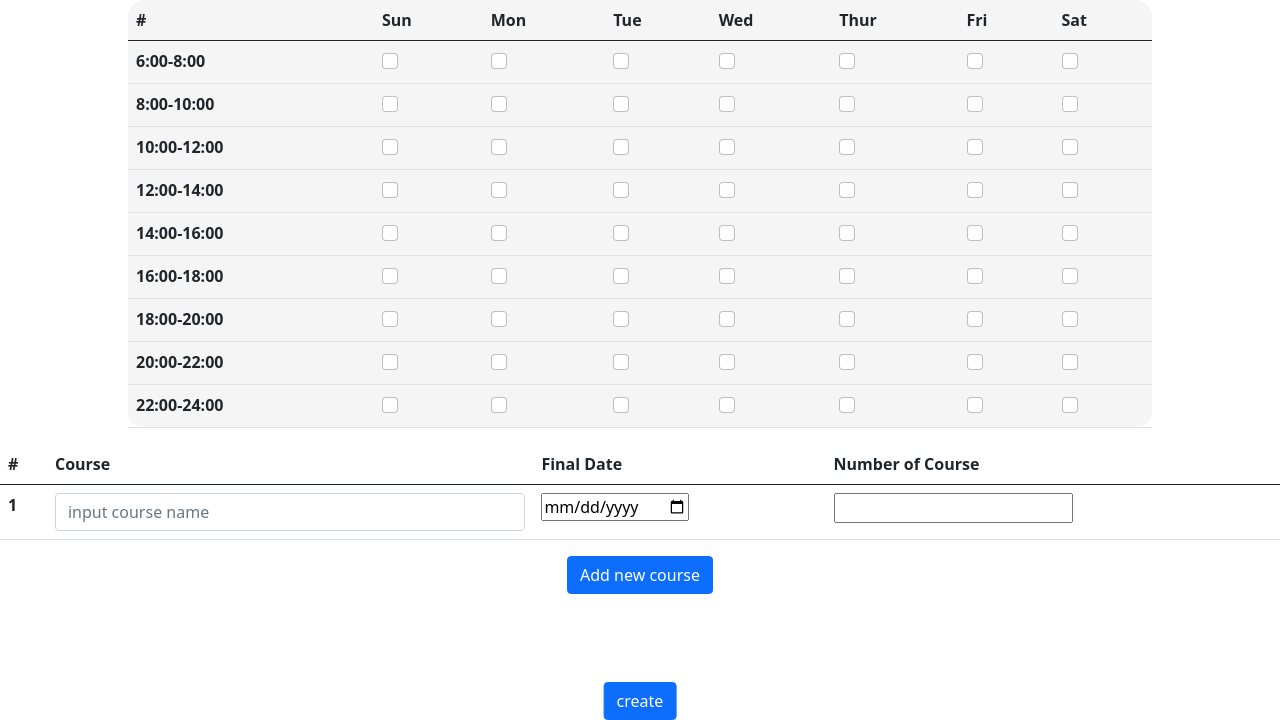
Repository: xich4932/fuxiguanli
Page: index_main.html
An editor plug-in stored every save of this project. The page is shown before and after the next save, followed by the edit.
The browser window is 1280 px wide. The pictures show the whole page.

Above is the page before, as saved 2021-06-21 19:54:26.

### index_main.html
<!doctype html>
<html lang="en">
  <head>
    <!-- Required meta tags -->
    <meta charset="utf-8">
    <meta name="viewport" content="width=device-width, initial-scale=1">

    <!-- Bootstrap CSS -->
    <link href="https://cdn.jsdelivr.net/npm/bootstrap@5.0.1/dist/css/bootstrap.min.css" rel="stylesheet" integrity="sha384-+0n0xVW2eSR5OomGNYDnhzAbDsOXxcvSN1TPprVMTNDbiYZCxYbOOl7+AMvyTG2x" crossorigin="anonymous">
    <script src="https://cdnjs.cloudflare.com/ajax/libs/jquery/3.6.0/jquery.min.js" integrity="sha512-894YE6QWD5I59HgZOGReFYm4dnWc1Qt5NtvYSaNcOP+u1T9qYdvdihz0PPSiiqn/+/3e7Jo4EaG7TubfWGUrMQ==" crossorigin="anonymous" referrerpolicy="no-referrer"></script>

    <link rel="stylesheet" href="style.css">
    <title>Hello, world!</title>
  </head>
  <body onload="">

    <!-- Optional JavaScript; choose one of the two! -->

    <!-- Option 1: Bootstrap Bundle with Popper -->
    <script src="https://cdn.jsdelivr.net/npm/bootstrap@5.0.1/dist/js/bootstrap.bundle.min.js" integrity="sha384-gtEjrD/SeCtmISkJkNUaaKMoLD0//ElJ19smozuHV6z3Iehds+3Ulb9Bn9Plx0x4" crossorigin="anonymous"></script>

    <!-- Option 2: Separate Popper and Bootstrap JS -->
    <!--
    <script src="https://cdn.jsdelivr.net/npm/@popperjs/core@2.9.2/dist/umd/popper.min.js" integrity="sha384-IQsoLXl5PILFhosVNubq5LC7Qb9DXgDA9i+tQ8Zj3iwWAwPtgFTxbJ8NT4GN1R8p" crossorigin="anonymous"></script>
    <script src="https://cdn.jsdelivr.net/npm/bootstrap@5.0.1/dist/js/bootstrap.min.js" integrity="sha384-Atwg2Pkwv9vp0ygtn1JAojH0nYbwNJLPhwyoVbhoPwBhjQPR5VtM2+xf0Uwh9KtT" crossorigin="anonymous"></script>
    -->

    <div id="print_table" class="table_style">
      <table class="table" id = "this_table">
        <thead>
          <tr>
            <th scope="col">#</th>
            <th scope="col">Sun</th>
            <th scope="col">Mon</th>
            <th scope="col">Tue</th>
            <th scope="col">Wed</th>
            <th scope="col">Thur</th>
            <th scope="col">Fri</th>
            <th scope="col">Sat</th>
          </tr>
        </thead>
        <tbody id="table_body">

        </tbody>
        </table>
    </div>

    <div>
      <div id="course_table" >
        <table class="table" id = "add_course_table">
          <thead>
            <tr>
              <th scope="col">#</th>
              <th scope="col">Course</th>
              <th scope="col">Final Date</th>
              <th scope="col">Number of Course</th>
            </tr>
          </thead>
          <tbody id="course">

            <tr>
              <th scope="row">1</th>
              <td>
                <input class="form-control" type="text" placeholder="input course name" aria-label="default input example" id="course_0">
              </td>
              <td>
                <input type="date" id="final_0">
              </td>
              <td>
                <input type="number" id="num_0">
              </td>
            </tr>

          </tbody>
          </table>
    </div>
    </div>
    <!--
    <div>
      <div >
        <a class="btn btn-primary" href="class_main.html" role="button" >Next</a>
      </div>
    </div>

    <div class="position-absolute bottom-7 start-50 translate-middle-x">
      <button type="button" class="btn btn-primary" onclick="checking()">Submit</button>
    </div>
    -->
    <div class="position-absolute bottom- start-50 translate-middle-x">
      <button type="button" class="btn btn-primary" id="addbtn" onclick="add_course()">Add new course</button>

    </div>
    <div class="position-absolute bottom-0 start-50 translate-middle-x">

      <button type="button" class="btn btn-primary" id="crtbtn" onclick="create()">create</button>
      <!--
      <a class="download hide" id="downloadLink" download="event.ics">⇩ Download</a>
      -->
      <a class="btn btn-primary" style="display: none;" href="#" role="button" id="downbtn" download="event.ics" >download</a>
     </div>

     <script type="text/javascript" src="script.js" defer="true"></script>
  </body>
</html>

### style.css

.vertical-center {
    margin: 0;
    position: absolute;
    top: 50%;
    -ms-transform: translateY(-50%);
    transform: translateY(-50%);
}
/*
.float{
	position:fixed;
	width:60px;
	height:60px;
	bottom:40px;
	right:40px;
	background-color:#0C9;
	color:#FFF;
	border-radius:50px;
	text-align:center;
	box-shadow: 2px 2px 3px #999;
}
*/
.table_style{
	background-color: whitesmoke;
	width: 80%;
	height: 100%;
	margin: auto;
	border-radius: 1pc;
	border-color: teal;
}

### script.js
window.onload = function(){
    var table = document.getElementById("table_body")
    //table.innerHTML;
    str = ''
    count = 0;
    window_time = ["6:00-8:00", "8:00-10:00", "10:00-12:00", "12:00-14:00", "14:00-16:00", "16:00-18:00", "18:00-20:00", "20:00-22:00", "22:00-24:00"]
    for(r = 0; r < 9; r++){
        str += '<th scope="row">'+window_time[r]+'</th>'
        for(i = 0; i < 7; i++){
            str += '<td><div class="form-check"><input class="form-check-input" type="checkbox" value="" id="check'+count+'"><label class="form-check-label" for="window'+count+'"></label></div></td>'
            count ++
        }
        str += '</tr>'
    }
    //var arr = [1,2,3,4]
    //test.apply(this ,arr)
    //console.log(arr.join())
    table.innerHTML += str
};

var week = []
function checking(){
    for(var f = 0; f < 7; f++){
        var temp_arr = []
        for( i = f; i <63; i+=7 ){
            if(document.getElementById('check' + String(i)).checked == true){
                console.log(i)
                temp_arr.push(i)
            }
        }
        week.push(temp_arr)
    }
    console.log(week)
}

var total = 1;

function add_course(){
    add = document.getElementById("course");
    str = '<tr><th scope="row">'+ (total+1)+'</th><td><input class="form-control" type="text" placeholder="input course name" aria-label="default input example" id="course_'+total+'"></td><td><input type="date" id="final_'+total+'"></td><td><input type="number" id="num_'+total+'"></td></tr>'
    total += 1
    $('#add_course_table tr:last').after(str);
}

function printing(){
    console.log(document.getElementById('final_date1').value)
    console.log(document.getElementById('num_course1').value)
    console.log(document.getElementById('course_1').value)

}

function calLastDay(month, year){
    if(month == 1 || month == 3 || month == 5 || month == 7 || month == 8 || month == 10 | month == 12 ){
        return 31;
    }else if(month == 4 || month == 6 || month == 9 || month == 11){
        return 30;
    }else{
        if(year % 4) return 28;
        if(!(year % 4) && year % 100) return 29;
        if(year % 100 && !(year % 400)) return 28
        else return 29
    }
}


var final_arr=[]; // final date
var course_arr = []; //course name
var num_arr = [] //number of topic of final for review
var time_start = []//start day of
var time_end = []//
var exclude_final = [] // exclude from review days
var exclude_str = "" //for RRULE
var icsFile = null;
var event_str = ""
var until = []
var window_start = ""
var window_end = ""
var window_str = ""

function create() {
    for(var i = 0; i < total; i++){
        final_arr.push(document.getElementById("final_"+String(i)).value)
        num_arr.push(document.getElementById("num_"+String(i)).value)
        course_arr.push(document.getElementById("course_"+String(i)).value)
    }
   //console.log(final_arr.join())
   //console.log(course_arr.join())
   //console.log(num_arr.join())
    total *= 2;
    for(var i = 0; i < total; i+=2){
        var day_before = final_arr[i].substring(0, 8)
        var day = final_arr[i].substring(8,10) - 1
        if(parseInt(final_arr[i].substring(8,10)) == 1){
            var temp_day_before = day_before
            var day_before = final_arr[i].substring(5,7) - 1
            day = calLastDay(parseInt(final_arr[i].substring(5,7))-1 ,parseInt(final_arr[i].substring(0,4)))
            if(day_before < 10){
                day_before = temp_day_before.substring(0, 5) + '0' + String(day_before) + '-'
            }
        }else{
            if(day < 10){
                day = '0' + String(day)
            }else{
                day = final_arr[i].substring(8,10) - 1
            }
        }
        final_arr.splice(i, 0, day_before + day)
        //console.log(final_arr.join())
    }
    //total /= 2
    console.log(final_arr.join())
    //total *= 2
    final_rearrange()
    ret_window()
    review_windows()
    automator()
   createEvent()
   //makeIcsFile()
   var ready = document.getElementById("downbtn")
   ready.href = makeIcsFile()
   document.getElementById("downbtn").style.display = "block"
}
/*
function exdate_working(){
    var temp_size = total / 2
    for(var t =0; t < total; t+=2){
        var str = ""
        str = String(final_arr[t].substring(0,4)) + String(final_arr[t].substring(5,7)) + String(final_arr[t].substring(8)) + 'T' + "000000"
        time_start.push(str)
        console.log("im in func")
    }
}
 */
/*
function time_to_start(){
   // console.log(final_arr.join())
    for(var t =0; t < total; t+=2){
        var str = ""
        str = String(final_arr[t].substring(0,4)) + String(final_arr[t].substring(5,7)) + String(final_arr[t].substring(8)) + 'T' + "000000"
        time_start.push(str)
        console.log("im in func")
    }
    //console.log(time_start.join())
}

function time_to_end(){
    //console.log(final_arr.join())
    for(var t =1; t <= total; t+=2){
        var str = ""
        str = String(final_arr[t].substring(0,4)) + String(final_arr[t].substring(5,7)) + String(final_arr[t].substring(8)) + 'T' + "235959"
        time_end.push(str)
        console.log("im in fund")
    }
}
 */

/*

 */
function final_rearrange(){
    for(var t =0; t < total ; t++){
        var temp_str = String(final_arr[t].substring(0,4)) + String(final_arr[t].substring(5,7)) + String(final_arr[t].substring(8)) + 'T' + "000000"
        if(t % 2){
            final_formatted.push(temp_str)
        }
        exclude_str += temp_str
        exclude_str +=    ','
    }
    console.log(str)
    console.log(final_formatted.join())
}

function ret_window(num){
    if(num / 7 == 0){
        window_start = "060000"
        window_end = "080000"
    }else if(num / 7 == 1){
        window_start = "080000"
        window_end = "100000"
    }else if(num / 7 == 2){
        window_start = "100000"
        window_end = "120000"
    }else if(num / 7 == 3){
        window_start = "120000"
        window_end = "140000"
    }else if(num / 7 == 4){
        window_start = "140000"
        window_end = "160000"
    }else if(num / 7 == 5){
        window_start = "160000"
        window_end = "180000"
    }else if(num / 7 == 6){
        window_start = "180000"
        window_end = "200000"
    }else if(num / 7 == 7){
        window_start = "200000"
        window_end = "220000"
    }else if(num / 7 == 8){
        window_start = "220000"
        window_end = "240000"
    }
}

function review_windows(){
    var today = new Date()
    for(var d = 0; d < total; d++){
        //window_str =
        time_start.push(String(today.getFullYear()) + String(today.getMonth()+1) + String(today.getDate()) + "T" + window_start)
        time_end.push(String(today.getFullYear()) + String(today.getMonth()+1) + String(today.getDate()) + "T" + window_end)
    }
}


//var week = []
function calNextDay(month, year, day){
    if(month == 1 || month == 3 || month == 5 || month == 7 || month == 8 || month == 10 | month == 12 ){
        if(day + 1 > 31) return 1;
      //  else return day + 1;
    }else if(month == 4 || month == 6 || month == 9 || month == 11){
        if(day + 1 > 30) return 1;
     //   else return day + 1;
    }else{
        if(year % 4){
            if(day + 1 > 28) return 1;
          //  else return day + 1;
        } //return 28;
        if(!(year % 4) && year % 100){
            if(day + 1 > 29) return 1;
          //  else return day + 1;
        } //return 29; //leap month
        if(year % 100 && !(year % 400)){
            if(day + 1 > 28) return 1;
          //  else return day + 1;
        } //return 28
        else{
            if(day + 1 > 29) return 1;
          //  else return day + 1;
        } //return 29 //leap month
    }
    return day + 1
}



function automator(){
    var today = new Date()
    var sizer = toal / 2;
    var temp_event
    console.log(today.getFullYear(), today.getMonth() +1, today.getDate())
    //document.getElementById("")
    time_start = String(today.getFullYear()) + String(today.getMonth()+1) + String(today.getDate()) + 'T000000'
    var weekday = translate_week((today.getDay() + 1) % 7 )
    for(var g = 0; g < sizer; g++){
        event_str += createEvent(course_arr[g], time_start[g], time_end[g] ,  until[g], translate_week(today.getDay()%7) )
    }
}

function translate_week(temp_week){
    switch (temp_week){
        case 0:
            return "SU"
            break;
        case 1:
            return "MO"
            break;
        case 2:
            return "TU"
            break;
        case 3:
            return "WE"
            break;
        case 0:
            return "TH"
            break;
        case 1:
            return "FR"
            break;
        case 2:
            return "SA"
            break;
        default:
            return "MO"
            break;
    }

}




function createEvent(event_name, start_time, end_time, get_until, r_week) {
    for(var i = 0; i < time_start.length; i++){
       event_str += "BEGIN:VEVENT\n" +
       "UID:" +
       Math.random().toString(36).substring(2) +
       "\n" +
       "TZID:Asia/Shanghai\n" +
       "DTSTART;VALUE=DATE:" +
       //time_start[i] +
       "\n" +
       "DTEND;VALUE=DATE:" +
      // time_end[i] +
       "\n" +
       "SUMMARY:" +
      // course_arr[i] +
       "\n" +
       "DESCRIPTION:" +
       "review for "+ course_arr[i] +
       "\n" +
       "BEGIN:VALARM\n" +
       "TRIGGER:-PT10M\n" +
       "ACTION:DISPLAY" +
       "RRULE: FREQ=WEEKLY; WKST=SUN; BYDAY= " + r_week + "EXDATE="+ exclude_str +
       "\n" +
       "END:VEVENT\n";
    }
    return event_str
}

function makeIcsFile(date, summary, description) {
    //event_str =
    console.log("eventstr: ", event_str)
    var test =
      "BEGIN:VCALENDAR\n" +
      "CALSCALE:GREGORIAN\n" +
      "METHOD:PUBLISH\n" +
      "PRODID:-//Test Cal//EN\n" +
      "VERSION:2.0\n";
      console.log(event_str)
      test += event_str;

      test += "END:VCALENDAR";
    console.log(test)
    var data = new File([test], { type: "text/plain" });

    // If we are replacing a previously generated file we need to
    // manually revoke the object URL to avoid memory leaks.
    if (icsFile !== null) {
      window.URL.revokeObjectURL(icsFile);
    }

    icsFile = window.URL.createObjectURL(data);

    return icsFile;
}

After the next save:
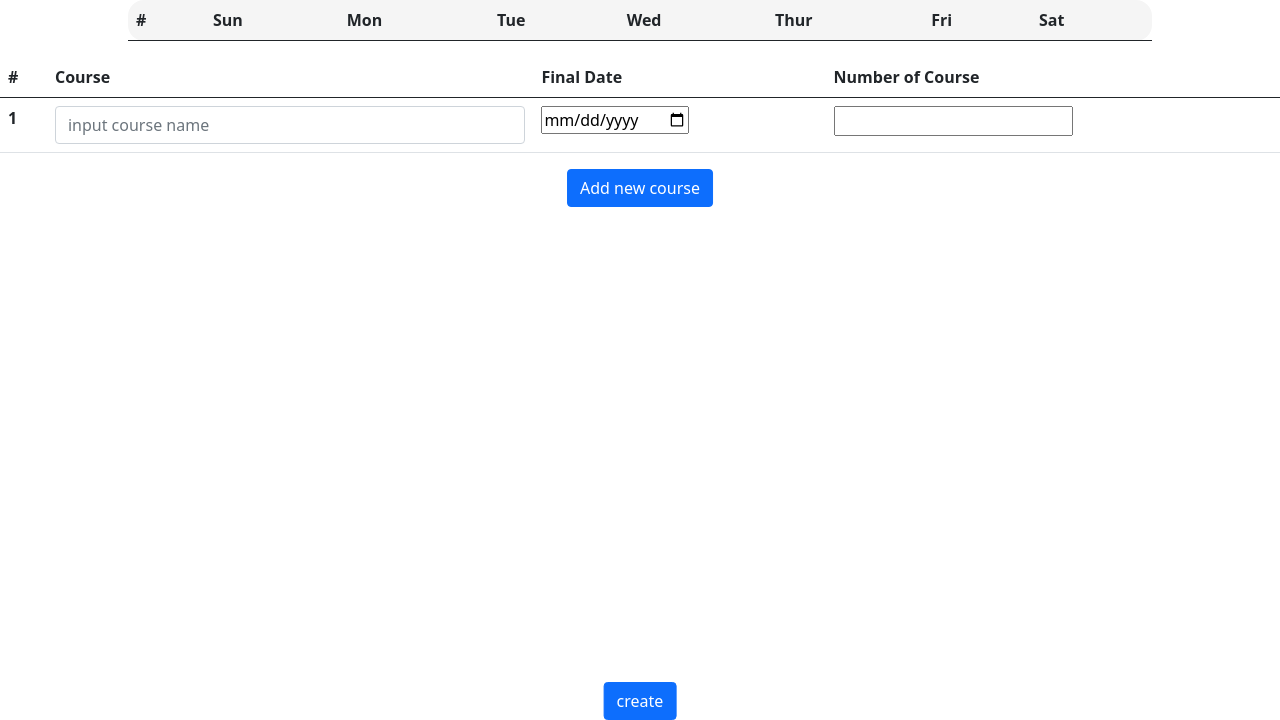
Saved 22 s later.
--- a/script.js
+++ b/script.js
@@ -1,4 +1,4 @@
-window.onload = function(){
+function load_table(){
     var table = document.getElementById("table_body")
     //table.innerHTML;
     str = ''

After the save that followed:
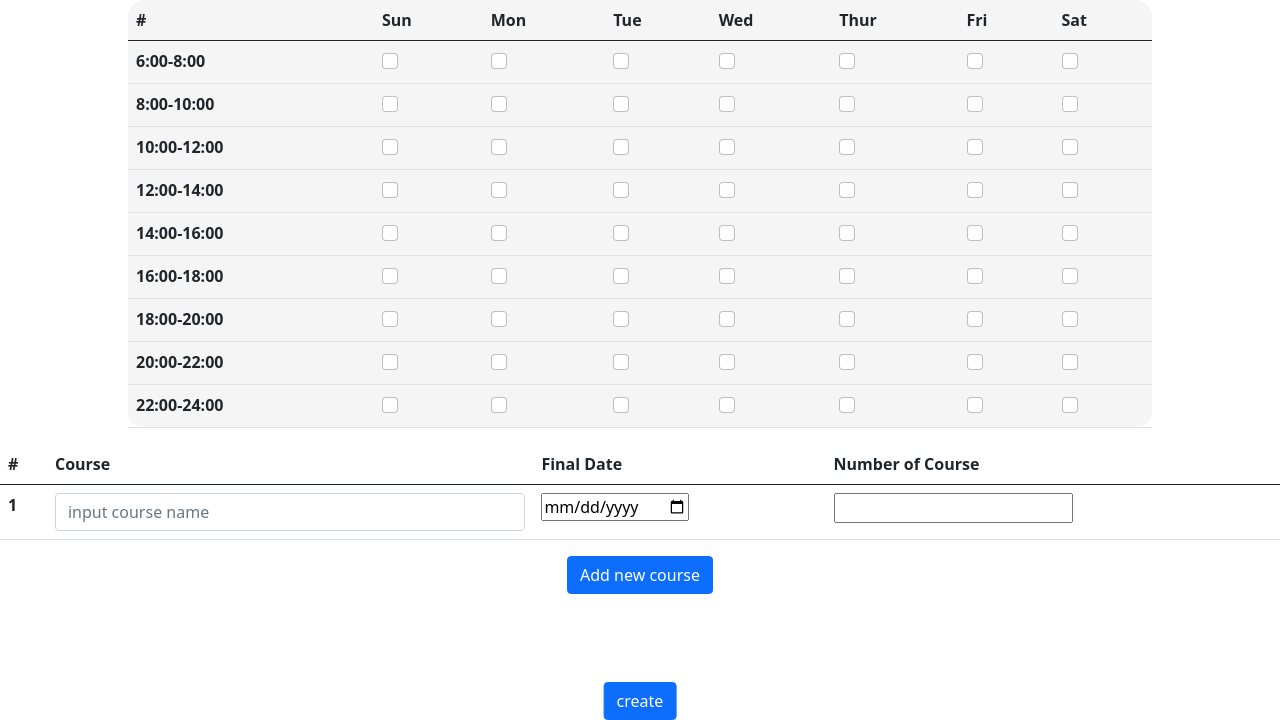
Saved 8 s later.
--- a/index_main.html
+++ b/index_main.html
@@ -12,7 +12,7 @@
     <link rel="stylesheet" href="style.css">
     <title>Hello, world!</title>
   </head>
-  <body onload="">
+  <body onload="load_table()">
 
     <!-- Optional JavaScript; choose one of the two! -->
 
